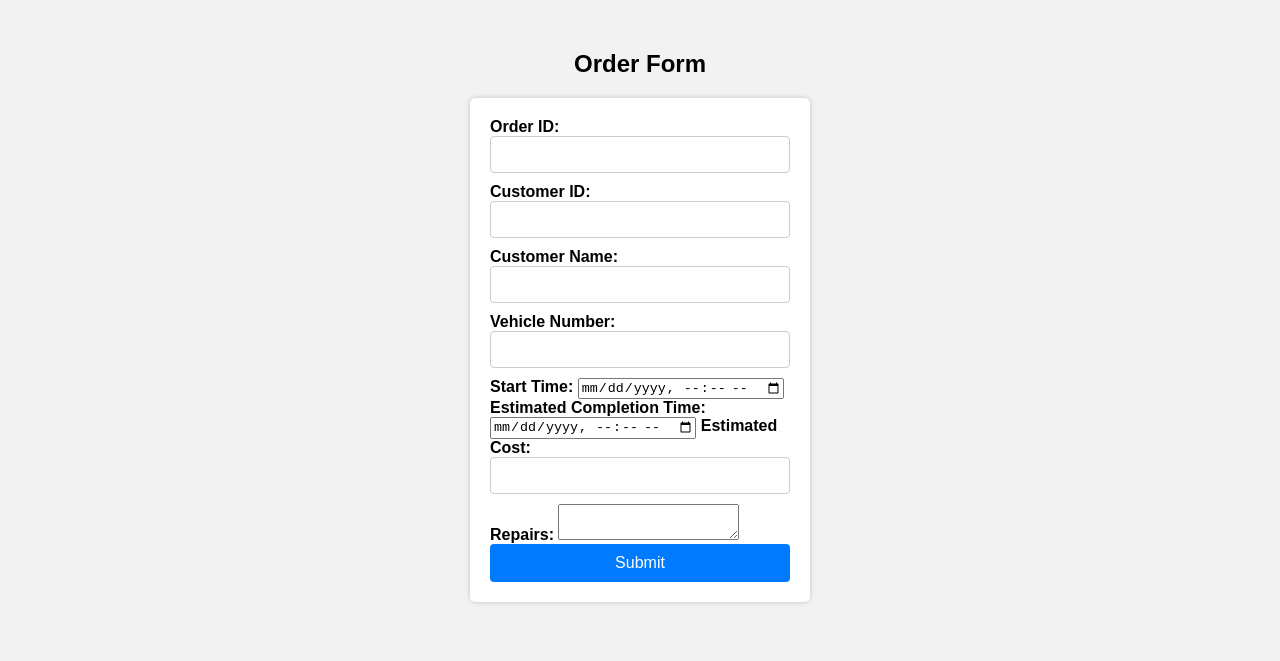
Repository: rohann12/RepairMate
Page: Garage/src/main/webapp/JSP/order.html
These files come from the project's save history. The page is drawn as it stood at one moment and after the next save; the edit follows.
The browser window is 1280 px wide. The pictures show the whole page.

Above is the page before, as saved 2023-06-17 13:55:19.

After the next save:
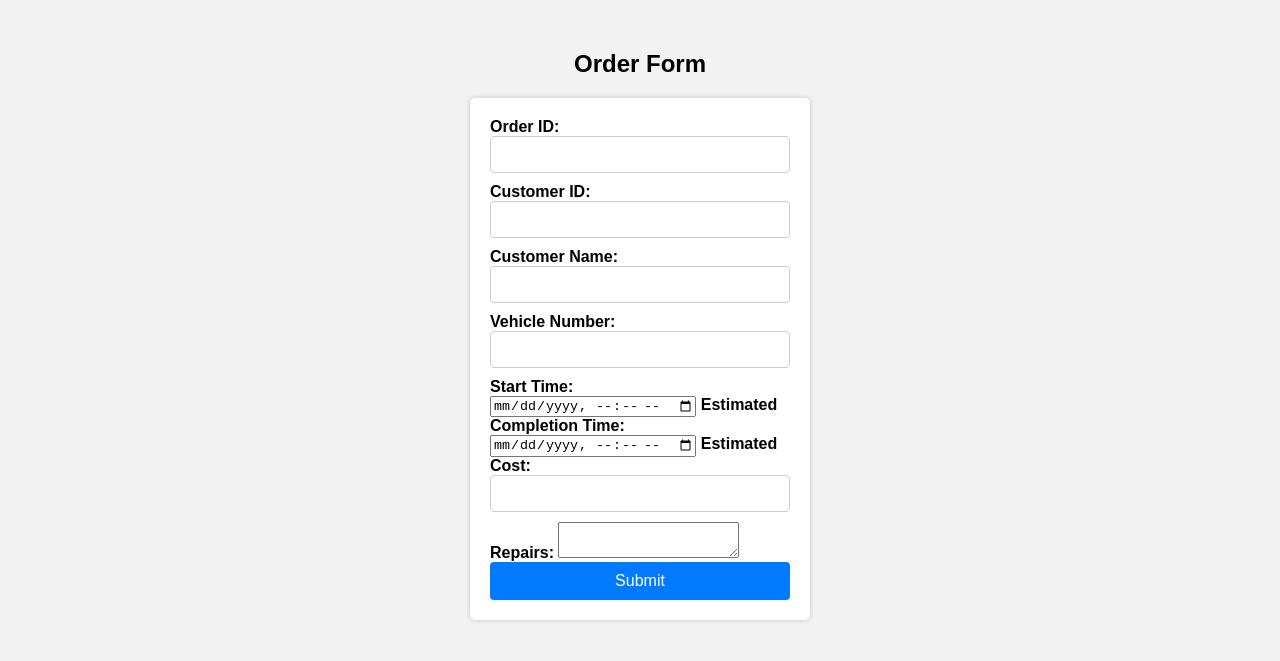
Saved 34 s later.
--- a/Garage/src/main/webapp/JSP/order.html
+++ b/Garage/src/main/webapp/JSP/order.html
@@ -19,10 +19,10 @@
     <label for="vehicle_no">Vehicle Number:</label>
     <input type="text" id="vehicle_no" name="vehicle_no" required>
 
-    <label for="start_time">Start Time:</label>
+    <label for="start_time">Start Time:</label></br>
     <input type="datetime-local" id="start_time" name="start_time" required>
 
-    <label for="estimated_completed">Estimated Completion Time:</label>
+    <label for="estimated_completed">Estimated Completion Time:</label></br>
     <input type="datetime-local" id="estimated_completed" name="estimated_completed" required>
 
     <label for="estimated_cost">Estimated Cost:</label>
